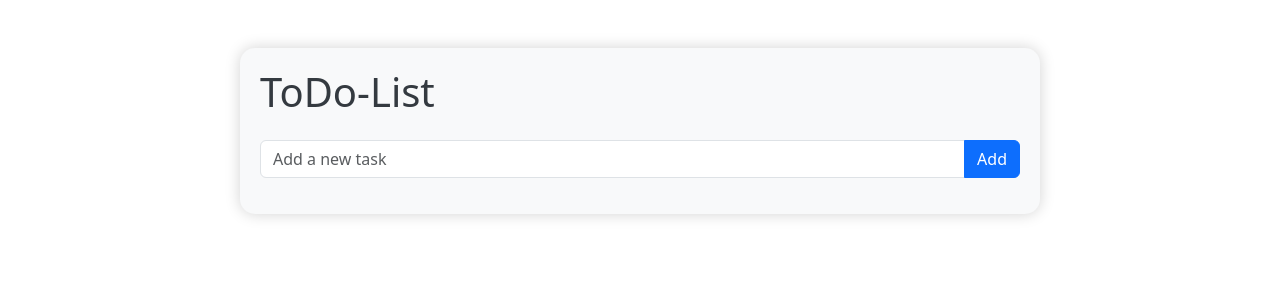
Repository: AkshatKapo/Todolist-React-app
Page: /
The author's editor kept a copy of each file at every save. The page is drawn from the files as they stood at one save, then again after a run of saves.
The browser window is 1280 px wide. The pictures show the whole page.
The project was rebuilt for these pictures with package versions that can differ from the ones it lists, and the page was loaded fresh each time. Also part of the build but not shown: vite.config.js, src/App.css, src/index.css.

Above is the page before, as saved 2024-06-20 15:32:22.

### index.html
<!doctype html>
<html lang="en">
  <head>
    <meta charset="UTF-8" />
    <link rel="icon" type="image/svg+xml" href="/vite.svg" />
    <meta name="viewport" content="width=device-width, initial-scale=1.0" />
    <title>Vite + React</title>
    <link href= "https://cdn.jsdelivr.net/npm/bootstrap@5.3.0-alpha1/dist/css/bootstrap.min.css" rel="stylesheet">
  </head>
  <body>
    <div id="root"></div>
    <script type="module" src="/src/main.jsx"></script>
  </body>
</html>

### src/App.jsx
import { useState } from 'react'
import './App.css'
import TodoList from './TodoList'

function App() {


  return (
    <div>
      <TodoList />
    </div>
  )
}

export default App

### src/TodoList.jsx
import React, { useState } from "react";
import './TodoList.css'; // Import your custom CSS file

const TodoList = () => {
  const [todos, setTodos] = useState([]);
  const [input, setInput] = useState('');

  const handleInputChange = (e) => {
    setInput(e.target.value);
  }

  const handleAddTodo = () => {
    if (input.trim()) {
      setTodos([...todos, input]);
      setInput('');
    }
  }

  const handleRemoveTodo = (index) => {
    const updatedTodos = todos.filter((_, i) => i !== index);
    setTodos(updatedTodos);
  }

  return (
    <div className="container mt-5">
      <h1 className=" mb-4">ToDo-List</h1>

      <div className="input-group mb-3">
        <input
          type="text"
          className="form-control"
          value={input}
          onChange={handleInputChange}
          placeholder="Add a new task"
        />
        <button className="btn btn-primary" onClick={handleAddTodo}>Add</button>
      </div>

      <ul className="list-group">
        {todos.map((todo, index) => (
          <li key={index} className="list-group-item">
            {todo}
            <div className="btn-group">
              <button className="btn btn-danger delete-btn" onClick={() => handleRemoveTodo(index)}>✕</button>
              <button className="btn btn-primary edit-btn">✎</button>
            </div>
          </li>
        ))}
      </ul>
    </div>
  );
};

export default TodoList;

### src/TodoList.css
.container {
    max-width: 800px;
    margin: 0 auto;
    padding: 20px;
    background-color: #f8f9fa;
    border-radius: 15px;
    box-shadow: 0 0 15px lightgrey;
  }

  h1 {
    text-align: left;
    color: #343a40;
    margin-bottom: 20px;
  }

  .input-group {
    margin-bottom: 20px;
  }

  .btn-primary {
    margin-left: 10px;
  }

  .list-group-item {
    display: flex;
    justify-content: space-between;
    align-items: center;
    margin-bottom: 10px;
    padding: 10px;
    background-color: #fff;
    border: 1px solid #ced4da;
    border-radius: 4px;
    box-shadow: 0 2px 5px rgba(0, 0, 0, 0.1);
  }

  .delete-btn {
    background-color: #dc3545;
    color: #fff;
    border: none;
    padding: 5px 10px;
    border-radius: 4px;
    cursor: pointer;
    transition: background-color 0.15s ease-in-out;
  }

  .delete-btn:hover {
    background-color: #c82333;
  }

  .edit-btn {
    background-color: #007bff;
    color: #fff;
    border: none;
    padding: 5px 10px;
    border-radius: 4px;
    cursor: pointer;
    transition: background-color 0.15s ease-in-out;
  }

  .edit-btn:hover {
    background-color: #0056b3;
  }

Loaded but not shown: src/main.jsx (common file)

After the next 2 saves:
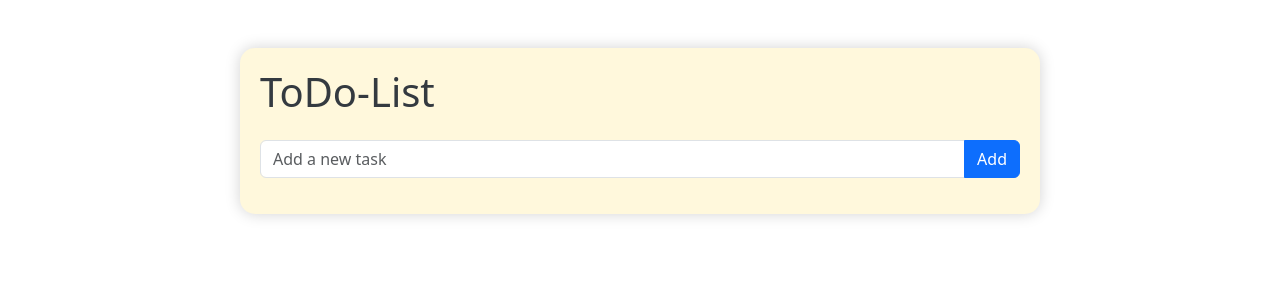
The 2 saves are shown as one change because they came seconds apart.
The last was saved 34 s later.
--- a/src/TodoList.css
+++ b/src/TodoList.css
@@ -2,7 +2,7 @@
     max-width: 800px;
     margin: 0 auto;
     padding: 20px;
-    background-color: #f8f9fa;
+    background-color: cornsilk;
     border-radius: 15px;
     box-shadow: 0 0 15px lightgrey;
   }
